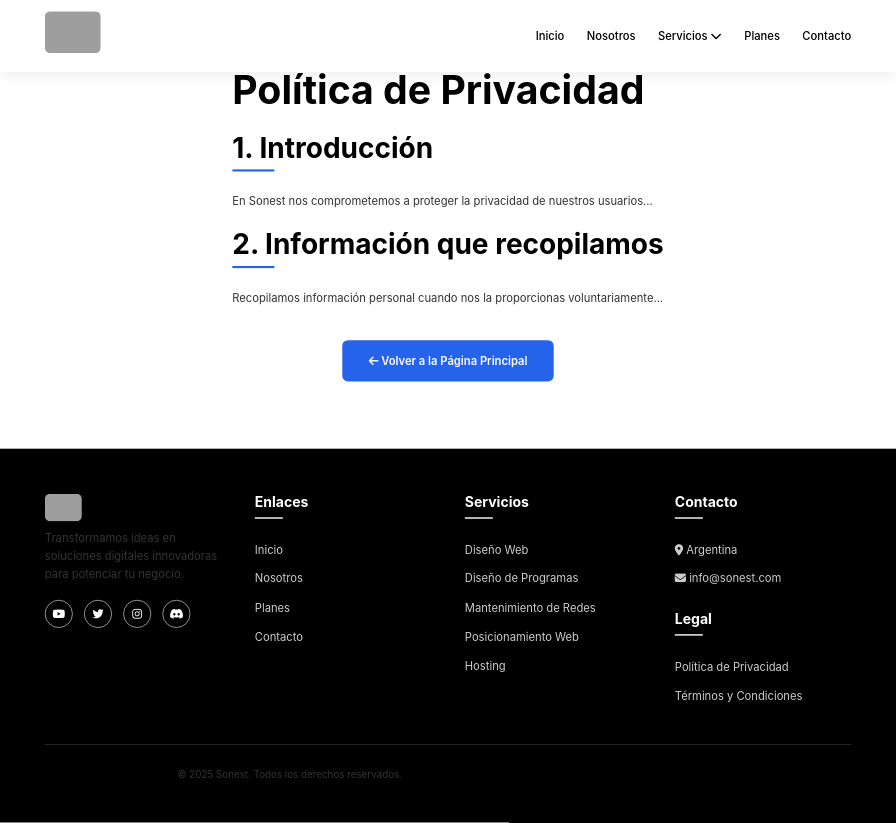
Repository: FabriDevelope/sonest
Page: politica-de-privacidad.html
The author's editor kept a copy of each file at every save. The page is drawn from the files as they stood at one save, then again after the next save.
The browser window is 1280 px wide. The pictures show the part of the page from y = 0 to 1920 px (the page is 1175 px tall before and 3040 px after), at 70% of full size.
Pictures or frames that could not be fetched are drawn as grey boxes.

Above is the page before, as saved 2025-08-03 01:44:14.

### politica-de-privacidad.html
<!DOCTYPE html>
<html lang="es">
<head>
    <meta charset="UTF-8">
    <meta name="viewport" content="width=device-width, initial-scale=1.0">
    <title>Sonest - Politica de Privacidad</title>
    <link rel="stylesheet" href="styles.css">
    <link rel="stylesheet" href="https://cdnjs.cloudflare.com/ajax/libs/font-awesome/6.4.0/css/all.min.css">
    <link rel="icon" href="https://i.imgur.com/gXWLOT4.png" type="image/png">
    <style>
        .hero {
            padding: 12rem 0 7rem;
            background: linear-gradient(135deg, #f0f7ff 0%, #e6f0ff 100%);
            position: relative;
            overflow: hidden;
        }

        .hero::before {
            content: '';
            position: absolute;
            top: -100px;
            right: -100px;
            width: 500px;
            height: 500px;
            border-radius: 50%;
            background: linear-gradient(135deg, rgba(37, 99, 235, 0.1) 0%, rgba(37, 99, 235, 0.05) 100%);
            z-index: 0;
        }

        .hero-content {
            display: flex;
            align-items: center;
            gap: 4rem;
            position: relative;
            z-index: 1;
        }

        .hero-text {
            flex: 1;
        }

        .hero-image {
            flex: 1;
            border-radius: var(--border-radius);
            overflow: hidden;
            box-shadow: var(--shadow);
            transform: perspective(1000px) rotateY(-5deg);
            transition: var(--transition);
        }

        .hero-image:hover {
            transform: perspective(1000px) rotateY(0);
        }

        .features-grid {
            display: grid;
            grid-template-columns: repeat(auto-fit, minmax(300px, 1fr));
            gap: 2.5rem;
            margin-top: 3rem;
        }

        .feature-card {
            background-color: var(--white);
            border-radius: var(--border-radius);
            padding: 2.5rem;
            transition: var(--transition);
            box-shadow: 0 5px 15px rgba(0,0,0,0.05);
            text-align: center;
            border: 1px solid rgba(37, 99, 235, 0.1);
        }

        .feature-card:hover {
            transform: translateY(-10px);
            box-shadow: 0 15px 30px rgba(37, 99, 235, 0.15);
        }

        .feature-icon {
            width: 80px;
            height: 80px;
            background: linear-gradient(135deg, #e6f0ff 0%, #d0e1ff 100%);
            border-radius: 50%;
            display: flex;
            align-items: center;
            justify-content: center;
            margin: 0 auto 1.5rem;
            font-size: 2rem;
            color: var(--primary);
        }

        .services {
            background-color: var(--gray-100);
        }

        .services-grid {
            display: grid;
            grid-template-columns: repeat(auto-fit, minmax(280px, 1fr));
            gap: 2.5rem;
            margin-top: 2rem;
        }

        .service-card {
            background-color: var(--white);
            border-radius: var(--border-radius);
            padding: 2.5rem;
            transition: var(--transition);
            box-shadow: 0 5px 15px rgba(0,0,0,0.05);
            border: 1px solid rgba(37, 99, 235, 0.1);
        }

        .service-card:hover {
            transform: translateY(-5px);
            box-shadow: 0 15px 30px rgba(37, 99, 235, 0.1);
        }

        .service-icon {
            font-size: 2.5rem;
            margin-bottom: 1.5rem;
            display: inline-block;
            color: var(--primary);
        }

        .soon-badge {
            display: inline-block;
            background-color: var(--gray-200);
            color: var(--gray-700);
            font-size: 0.75rem;
            padding: 0.25rem 0.75rem;
            border-radius: 2rem;
            margin-left: 0.5rem;
            vertical-align: super;
            font-weight: 600;
        }

        .stats {
            background: linear-gradient(135deg, var(--primary) 0%, var(--primary-light) 100%);
            color: var(--white);
            text-align: center;
        }

        .stats-grid {
            display: grid;
            grid-template-columns: repeat(auto-fit, minmax(200px, 1fr));
            gap: 2rem;
            margin-top: 2rem;
        }

        .stat-item {
            text-align: center;
            padding: 2rem;
            background-color: rgba(255, 255, 255, 0.1);
            border-radius: var(--border-radius);
        }

        .stat-number {
            font-size: 3rem;
            font-weight: 700;
            margin-bottom: 0.5rem;
        }

        .testimonials-grid {
            display: grid;
            grid-template-columns: repeat(auto-fit, minmax(320px, 1fr));
            gap: 2.5rem;
        }

        .testimonial-card {
            background-color: var(--white);
            border-radius: var(--border-radius);
            padding: 2.5rem;
            position: relative;
            box-shadow: 0 5px 15px rgba(0,0,0,0.05);
            border: 1px solid rgba(37, 99, 235, 0.1);
        }

        .testimonial-quote {
            font-size: 3rem;
            position: absolute;
            top: 1rem;
            left: 1rem;
            opacity: 0.1;
            color: var(--primary);
        }

        .cta {
            background: linear-gradient(135deg, var(--gray-800) 0%, var(--black) 100%);
            color: var(--white);
            text-align: center;
            padding: 5rem 0;
            position: relative;
            overflow: hidden;
        }

        .cta::before {
            content: '';
            position: absolute;
            top: -100px;
            right: -100px;
            width: 400px;
            height: 400px;
            border-radius: 50%;
            background: rgba(255, 255, 255, 0.05);
            z-index: 0;
        }

        .cta-content {
            position: relative;
            z-index: 1;
            max-width: 700px;
            margin: 0 auto;
        }

        .fade-in {
            opacity: 0;
            transform: translateY(30px);
            transition: opacity 0.6s ease-out, transform 0.6s ease-out;
        }

        .fade-in-visible {
            opacity: 1;
            transform: translateY(0);
        }

        /* Ajustes para la nueva sección Legal */
@media (max-width: 768px) {
    .footer-grid > div:last-child .footer-title {
        margin-top: 1.5rem;
    }
}
    </style>
    </head>
<body>
    <!-- Header -->
    <header>
        <div class="container header-container">
            <a href="index.html" class="logo">
                <img src="https://i.imgur.com/yJCH2BL.png" alt="Sonest Logo" style="height: 60px; margin-right: 10px;">
            </a>
            <nav>
                <ul class="nav-menu">
                    <li class="nav-item"><a href="index.html" class="nav-link">Inicio</a></li>
                    <li class="nav-item"><a href="nosotros.html" class="nav-link">Nosotros</a></li>
                    <li class="nav-item dropdown">
                        <a href="planes.html" class="nav-link">Servicios <i class="fas fa-chevron-down"></i></a>
                        <ul class="dropdown-content">
                            <li><a href="diseno-web.html" class="dropdown-item">Diseño Web</a></li>
                            <li><a href="diseno-programas.html" class="dropdown-item">Diseño de Programas</a></li>
                            <li><a href="mantenimiento-redes.html" class="dropdown-item">Mantenimiento de Redes</a></li>
                            <li><a href="posicionamiento-web.html" class="dropdown-item">Posicionamiento Web</a></li>
                            <li><a href="hosting.html" class="dropdown-item">Hosting</a></li>
                        </ul>
                    </li>
                    <li class="nav-item"><a href="planes.html" class="nav-link">Planes</a></li>
                    <li class="nav-item"><a href="contacto.html" class="nav-link active">Contacto</a></li>
                </ul>
            </nav>
            <div class="mobile-toggle">
                <i class="fas fa-bars"></i>
            </div>
        </div>
    </header>

     <main class="section" style="max-width: 800px; margin: 0 auto;">
        <div class="container">
            <h1>Política de Privacidad</h1>

            <h2>1. Introducción</h2>
            <p>En Sonest nos comprometemos a proteger la privacidad de nuestros usuarios...</p>

            <h2>2. Información que recopilamos</h2>
            <p>Recopilamos información personal cuando nos la proporcionas voluntariamente...</p>

            <!-- Resto del contenido -->

            <div style="margin-top: 3rem; text-align: center;">
                <a href="index.html" class="btn">
                    <i class="fas fa-arrow-left"></i> Volver a la Página Principal
                </a>
            </div>
        </div>
    </main>

  <!-- Footer -->
<footer>
    <div class="container">
        <div class="footer-grid">
            <div>
                <a href="index.html" class="logo">
                    <img src="https://i.imgur.com/EugKriL.png" alt="Sonest Logo" style="height: 40px; margin-right: 10px;">
                </a>
                <p>Transformamos ideas en soluciones digitales innovadoras para potenciar tu negocio.</p>
                <div class="social-links">
                    <a href="#" class="social-link"><i class="fab fa-youtube"></i></a>
                    <a href="#" class="social-link"><i class="fab fa-twitter"></i></a>
                    <a href="#" class="social-link"><i class="fab fa-instagram"></i></a>
                    <a href="https://discord.gg/TzeV6DSFxJ" class="social-link"><i class="fab fa-discord"></i></a>
                </div>
            </div>
            <div>
                <h4 class="footer-title">Enlaces</h4>
                <ul class="footer-links">
                    <li><a href="index.html" class="footer-link">Inicio</a></li>
                    <li><a href="nosotros.html" class="footer-link">Nosotros</a></li>
                    <li><a href="planes.html" class="footer-link">Planes</a></li>
                    <li><a href="contacto.html" class="footer-link">Contacto</a></li>
                </ul>
            </div>
            <div>
                <h4 class="footer-title">Servicios</h4>
                <ul class="footer-links">
                    <li><a href="diseno-web.html" class="footer-link">Diseño Web</a></li>
                    <li><a href="diseno-programas.html" class="footer-link">Diseño de Programas</a></li>
                    <li><a href="mantenimiento-redes.html" class="footer-link">Mantenimiento de Redes</a></li>
                    <li><a href="posicionamiento-web.html" class="footer-link">Posicionamiento Web</a></li>
                    <li><a href="hosting.html" class="footer-link">Hosting</a></li>
                </ul>
            </div>
            <div>
                <h4 class="footer-title">Contacto</h4>
                <ul class="footer-links">
                    <li><a href="#" class="footer-link"><i class="fas fa-map-marker-alt"></i> Argentina</a></li>
                    <li><a href="mailto:sonest.adm@proton.me" class="footer-link"><i class="fas fa-envelope"></i> info@sonest.com</a></li>
                </ul>
                <!-- Nueva sección Legal -->
                <h4 class="footer-title" style="margin-top: 1.5rem;">Legal</h4>
                <ul class="footer-links">
                    <li><a href="politica-de-privacidad.html" class="footer-link">Política de Privacidad</a></li>
                    <li><a href="terminos-y-condiciones-de-uso.html" class="footer-link">Términos y Condiciones</a></li>
                </ul>
            </div>
        </div>
        <div class="footer-bottom">
            <p>&copy; 2025 Sonest. Todos los derechos reservados.</p>
        </div>
    </div>
</footer>
    <script>
        document.addEventListener('DOMContentLoaded', function() {
            const mobileToggle = document.querySelector('.mobile-toggle');
            const navMenu = document.querySelector('.nav-menu');

            if (mobileToggle && navMenu) {
                mobileToggle.addEventListener('click', function() {
                    navMenu.classList.toggle('active');
                });
            }

            // Animaciones al hacer scroll
            const observer = new IntersectionObserver((entries) => {
                entries.forEach(entry => {
                    if (entry.isIntersecting) {
                        entry.target.classList.add('fade-in-visible');
                    }
                });
            }, { threshold: 0.1 });

            document.querySelectorAll('.fade-in').forEach(element => {
                observer.observe(element);
            });
        });
    </script>
</body>
</html>

Loaded but not shown: styles.css (684 lines, source omitted)

After the next save:
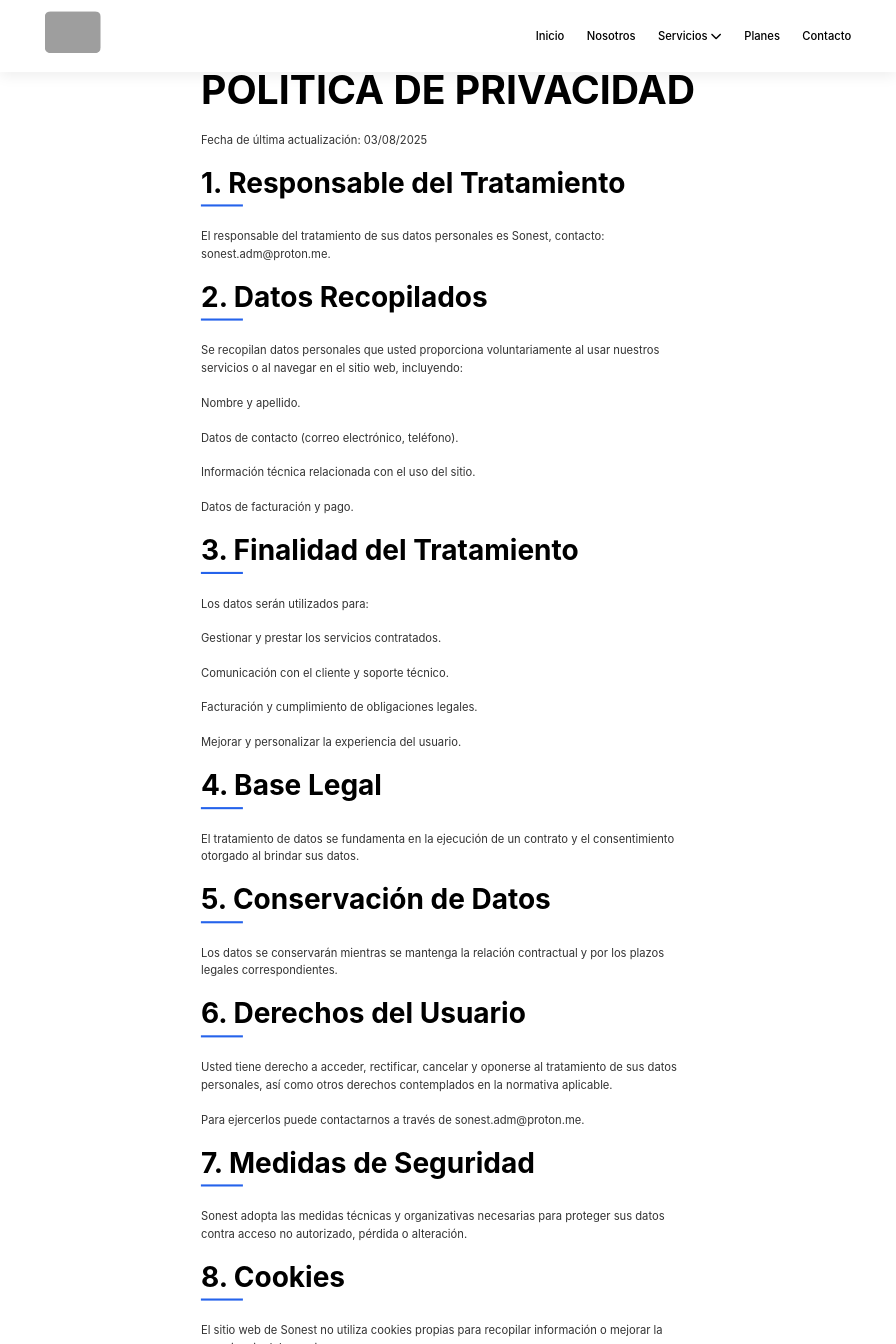
Saved 6 min 42 s later.
--- a/politica-de-privacidad.html
+++ b/politica-de-privacidad.html
@@ -261,13 +261,46 @@
 
      <main class="section" style="max-width: 800px; margin: 0 auto;">
         <div class="container">
-            <h1>Política de Privacidad</h1>
-
-            <h2>1. Introducción</h2>
-            <p>En Sonest nos comprometemos a proteger la privacidad de nuestros usuarios...</p>
-
-            <h2>2. Información que recopilamos</h2>
-            <p>Recopilamos información personal cuando nos la proporcionas voluntariamente...</p>
+            <h1>POLÍTICA DE PRIVACIDAD</h1>
+            <p>Fecha de última actualización: 03/08/2025</p>
+
+            <h2>1. Responsable del Tratamiento</h2>
+            <p>El responsable del tratamiento de sus datos personales es Sonest, contacto: sonest.adm@proton.me.</p>
+
+            <h2>2. Datos Recopilados</h2>
+            <p>Se recopilan datos personales que usted proporciona voluntariamente al usar nuestros servicios o al navegar en el sitio web, incluyendo:</p>
+            <p>Nombre y apellido.</p>
+            <p>Datos de contacto (correo electrónico, teléfono).</p>
+            <p>Información técnica relacionada con el uso del sitio.</p>
+            <p>Datos de facturación y pago.</p>
+
+            <h2>3. Finalidad del Tratamiento</h2>
+            <p>Los datos serán utilizados para:</p>
+            <p>Gestionar y prestar los servicios contratados.</p>
+            <p>Comunicación con el cliente y soporte técnico.</p>
+            <p>Facturación y cumplimiento de obligaciones legales.</p>
+            <p>Mejorar y personalizar la experiencia del usuario.</p>
+
+            <h2>4. Base Legal</h2>
+            <p>El tratamiento de datos se fundamenta en la ejecución de un contrato y el consentimiento otorgado al brindar sus datos.</p>
+
+            <h2>5. Conservación de Datos</h2>
+            <p>Los datos se conservarán mientras se mantenga la relación contractual y por los plazos legales correspondientes.</p>
+
+            <h2>6. Derechos del Usuario</h2>
+            <p>Usted tiene derecho a acceder, rectificar, cancelar y oponerse al tratamiento de sus datos personales, así como otros derechos contemplados en la normativa aplicable.</p>
+            <p>Para ejercerlos puede contactarnos a través de sonest.adm@proton.me.</p>
+
+            <h2>7. Medidas de Seguridad</h2>
+            <p>Sonest adopta las medidas técnicas y organizativas necesarias para proteger sus datos contra acceso no autorizado, pérdida o alteración.</p>
+
+            <h2>8. Cookies</h2>
+            <p>El sitio web de Sonest no utiliza cookies propias para recopilar información o mejorar la experiencia del usuario.</p>
+            <p>Sin embargo, algunos enlaces presentes en el sitio redirigen a plataformas de terceros, tales como Discord, las cuales pueden emplear sus propias cookies y tecnologías similares. Sonest no tiene control ni responsabilidad sobre las políticas de cookies y privacidad de dichos sitios externos.</p>
+            <p>Recomendamos a los usuarios revisar las políticas de privacidad y cookies de las plataformas externas antes de interactuar con ellas.</p>
+
+            <h2>9. Transferencias de Datos</h2>
+            <p>No se realizarán transferencias internacionales de datos sin el consentimiento previo del titular, salvo las excepciones previstas por la ley.</p>
 
             <!-- Resto del contenido -->
 
